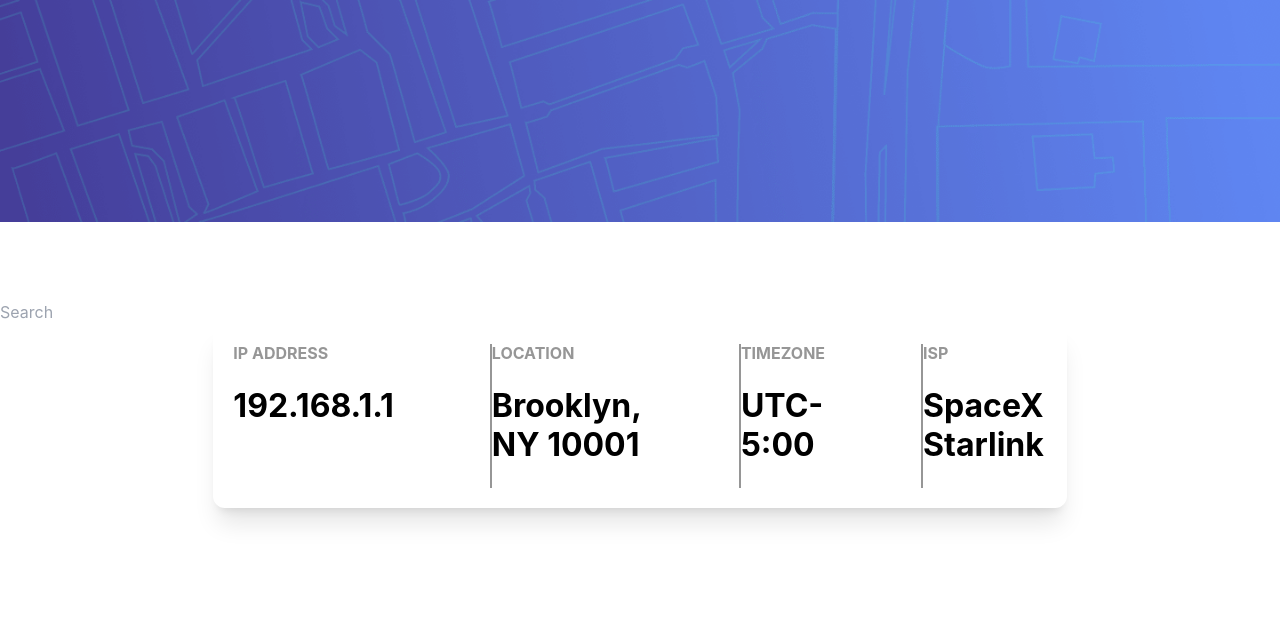
Repository: Dealsy/IP-Tracker
Page: /
These files come from the project's save history. The page is drawn as it stood at one moment and after the next save; the edit follows.
The browser window is 1280 px wide. The pictures show the whole page.
The project was rebuilt for these pictures with package versions that can differ from the ones it lists, and the page was loaded fresh each time. The framework's server and built-in components were replaced by stand-ins that run in the browser. Also part of the build but not shown: next.config.js.

Above is the page before, as saved 2022-04-21 21:42:34.

After the next save:
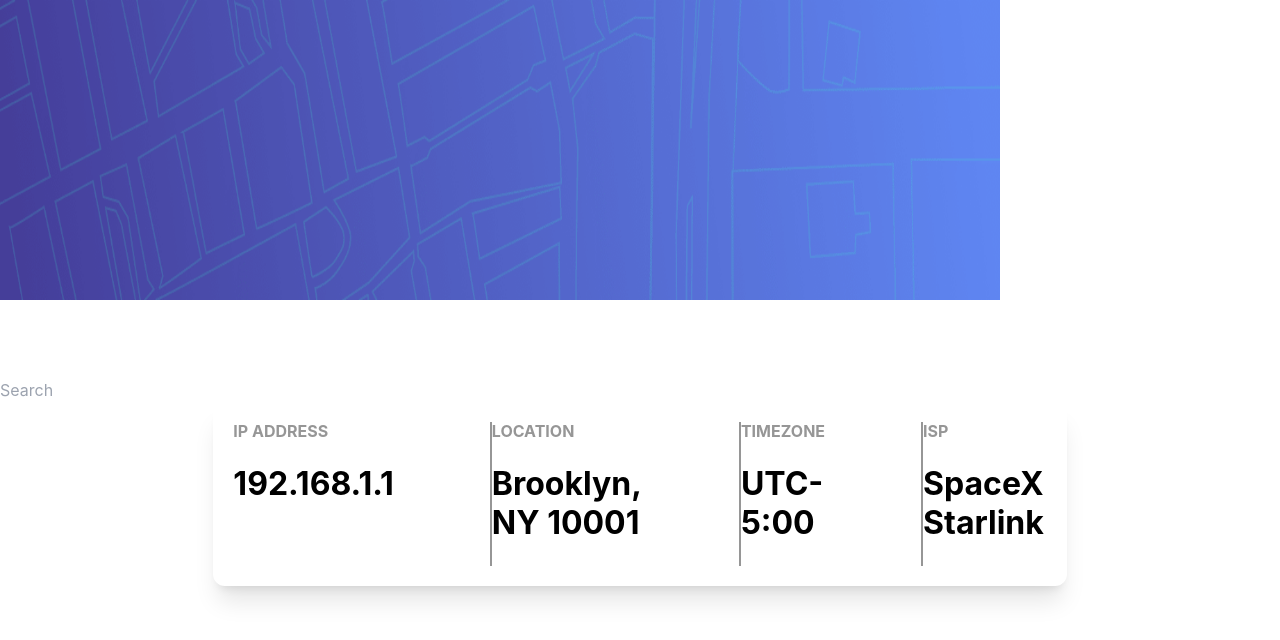
Saved 7 s later.
--- a/pages/index.js
+++ b/pages/index.js
@@ -13,7 +13,12 @@ export default function Home() {
 
       <main>
         <div>
-          <Image src={Backdrop} alt="Picture of backdrop" height={300} />
+          <Image
+            src={Backdrop}
+            alt="Picture of backdrop"
+            width={1000}
+            height={300}
+          />
 
           <h1 className="text-white">IP Address Tracker</h1>
           <input type="search" placeholder="Search" />
